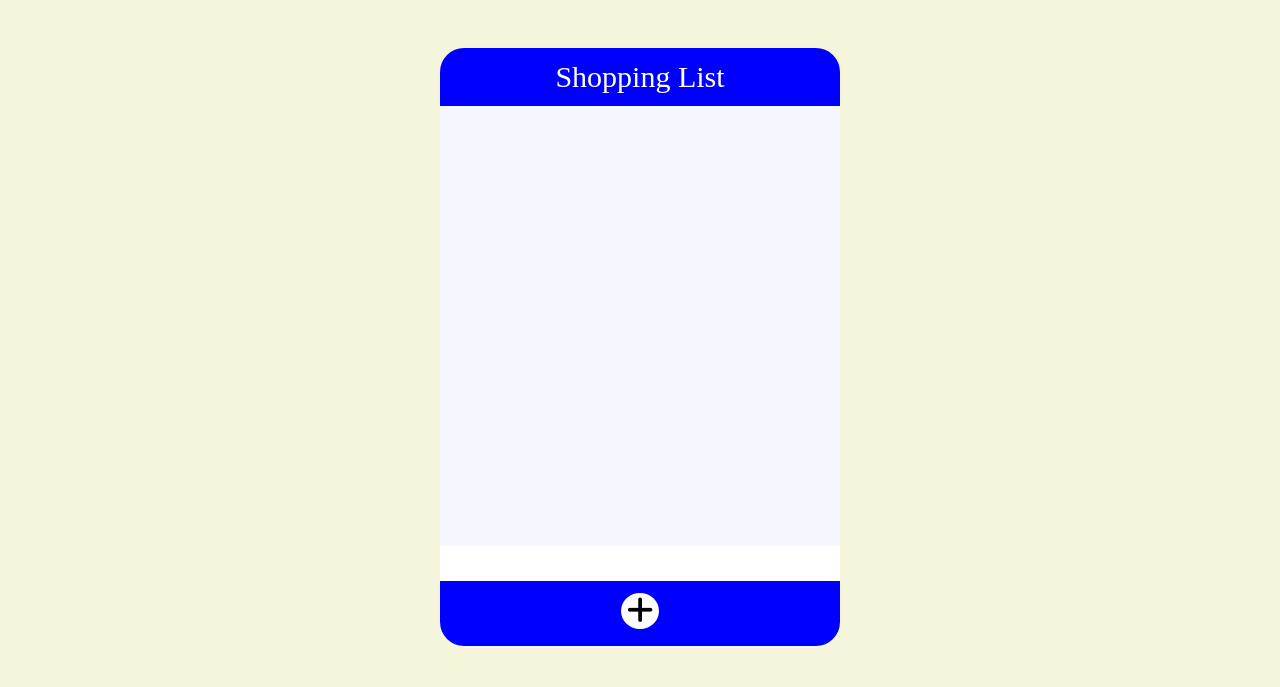
Repository: keehoonjung/Shopping-list
Page: index.html
These files come from the project's save history. The page is drawn as it stood at one moment and after the next save; the edit follows.
The browser window is 1280 px wide. The pictures show the whole page.
Some web libraries are served in a nearby version.

Above is the page before, as saved 2021-08-08 11:46:04.

After the next save:
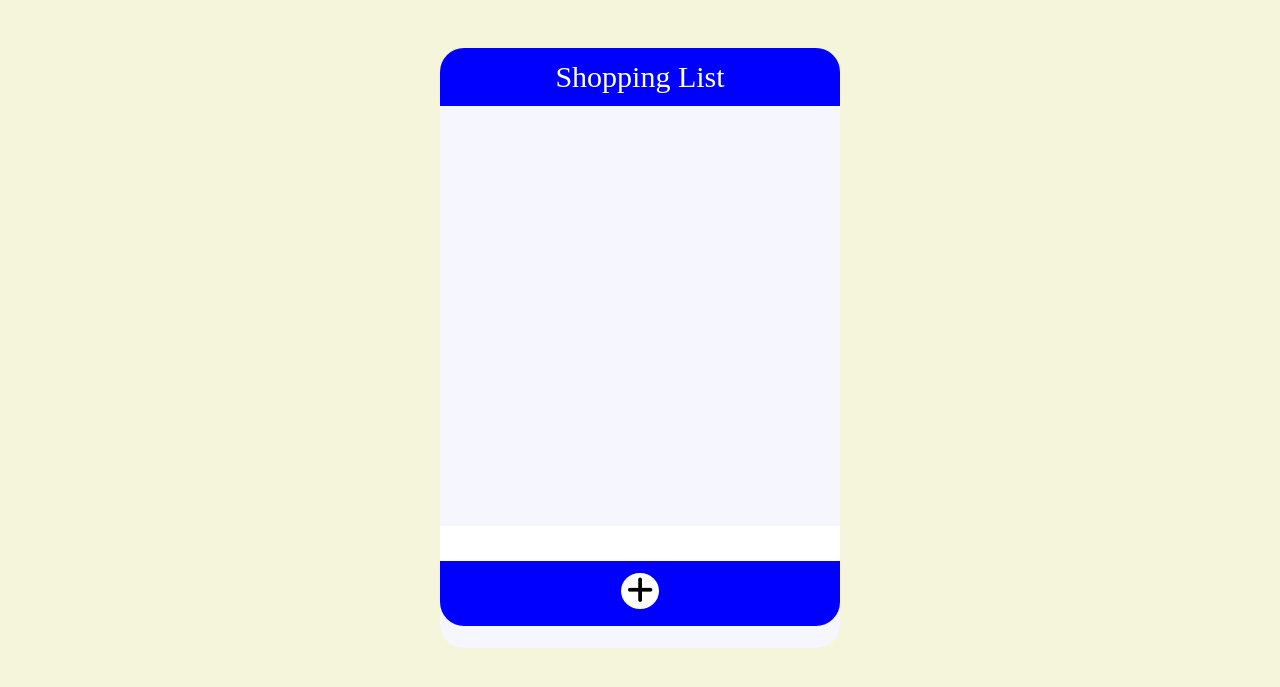
Saved 17 s later.
--- a/style.css
+++ b/style.css
@@ -39,6 +39,7 @@ button {
 
 .main {
   height: 420px;
+  overflow-y: auto;
 }
 
 .main_list {
